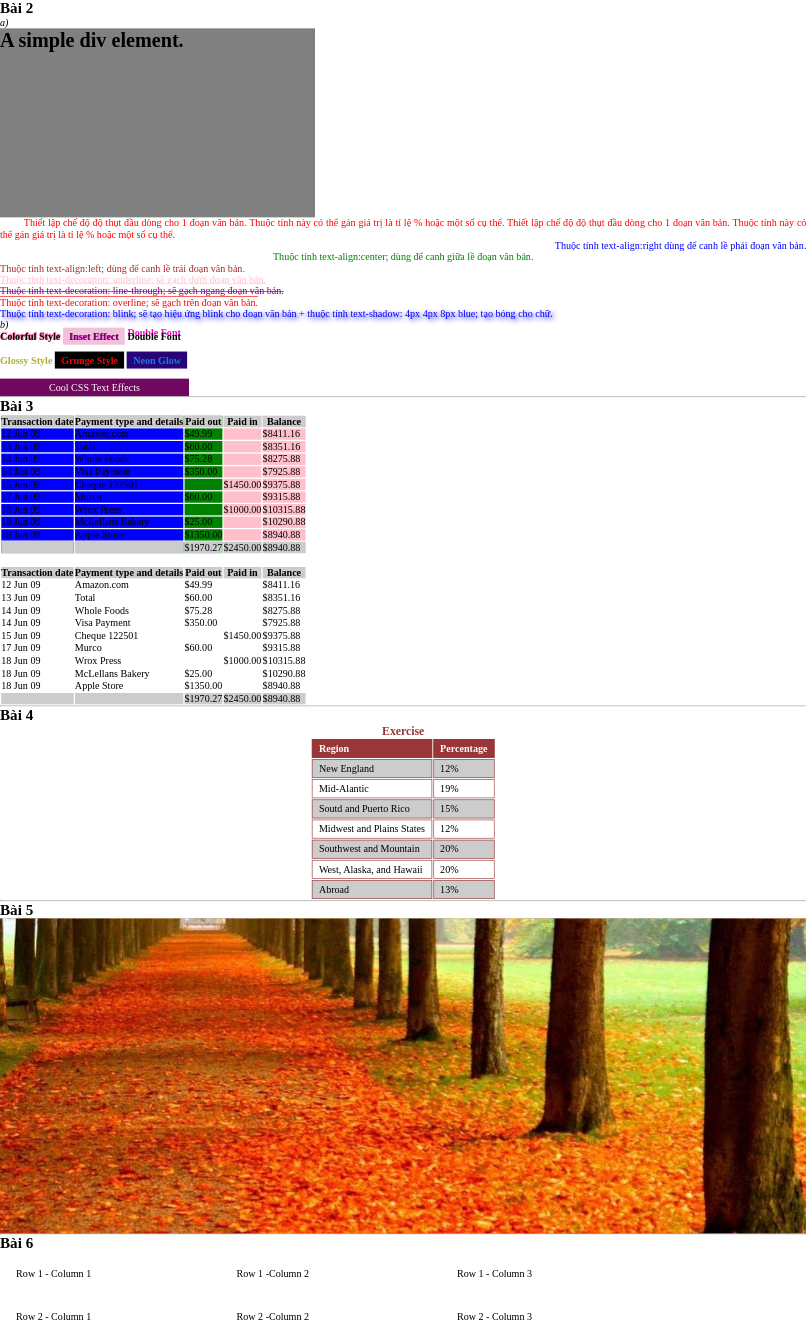
Repository: hoangnguyen1903/STT_21084321_NguyenHuyHoang_DHKHMT17B
Page: html/index.html
An editor plug-in stored every save of this project. The page is shown before and after the next save, followed by the edit.
The browser window is 1280 px wide. The pictures show the whole page, at 63% of full size.

Above is the page before, as saved 2023-03-03 14:10:22.

After the next save:
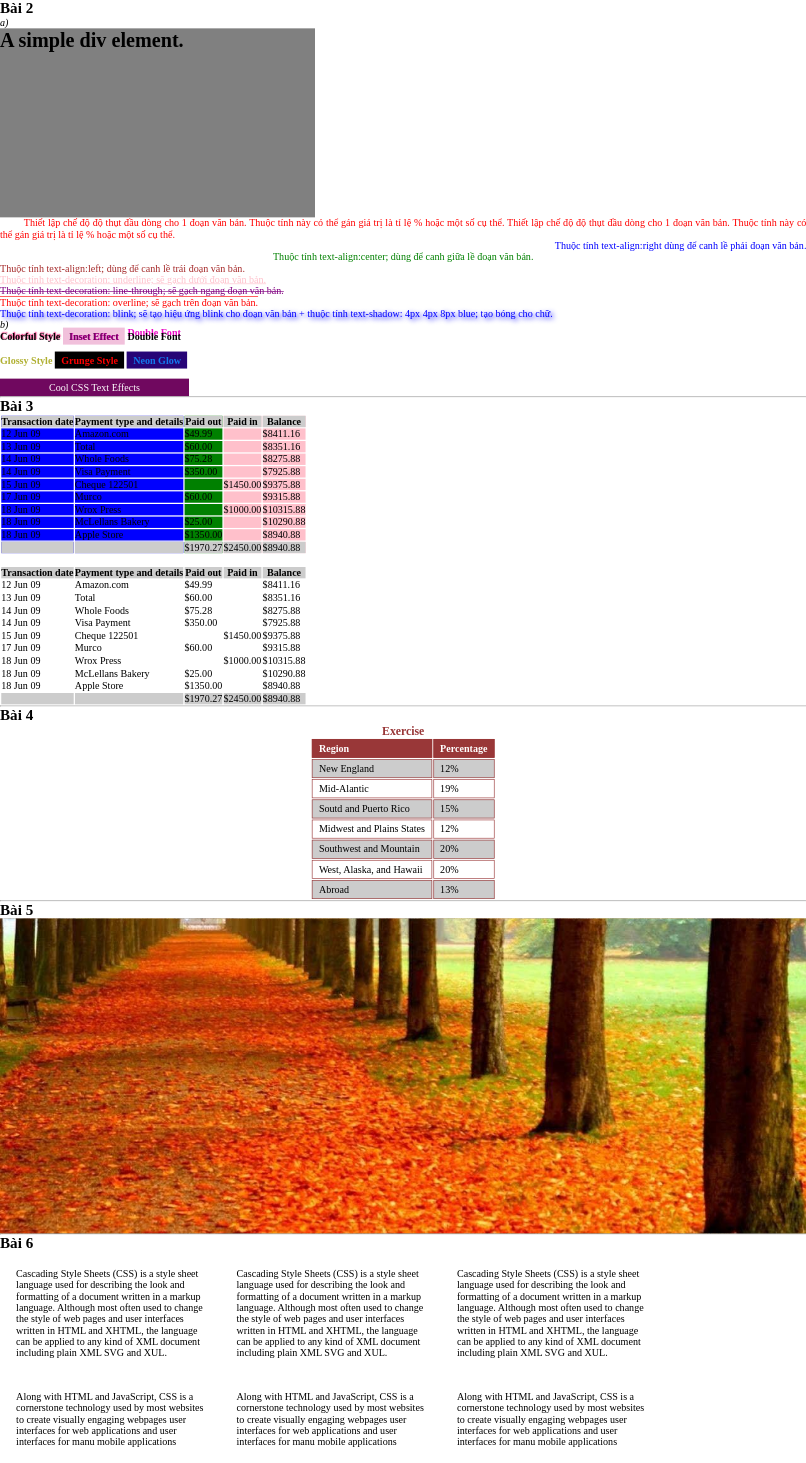
Saved 5 min 44 s later.
--- a/html/index.html
+++ b/html/index.html
@@ -410,24 +410,57 @@
     <div id="bai6">
       <div class="row">
         <div class="col1">
-          <p>Row 1 - Column 1</p>
+          <p>
+            Cascading Style Sheets (CSS) is a style sheet language used for
+            describing the look and formatting of a document written in a markup
+            language. Although most often used to change the style of web pages
+            and user interfaces written in HTML and XHTML, the language can be
+            applied to any kind of XML document including plain XML SVG and XUL.
+          </p>
         </div>
         <div class="col2">
-          <p>Row 1 -Column 2</p>
+          <p>
+            Cascading Style Sheets (CSS) is a style sheet language used for
+            describing the look and formatting of a document written in a markup
+            language. Although most often used to change the style of web pages
+            and user interfaces written in HTML and XHTML, the language can be
+            applied to any kind of XML document including plain XML SVG and XUL.
+          </p>
         </div>
         <div class="col3">
-          <p>Row 1 - Column 3</p>
+          <p>
+            Cascading Style Sheets (CSS) is a style sheet language used for
+            describing the look and formatting of a document written in a markup
+            language. Although most often used to change the style of web pages
+            and user interfaces written in HTML and XHTML, the language can be
+            applied to any kind of XML document including plain XML SVG and XUL.
+          </p>
         </div>
       </div>
       <div class="row">
         <div class="col1">
-          <p>Row 2 - Column 1</p>
+          <p>
+            Along with HTML and JavaScript, CSS is a cornerstone technology used
+            by most websites to create visually engaging webpages user
+            interfaces for web applications and user interfaces for manu mobile
+            applications
+          </p>
         </div>
         <div class="col2">
-          <p>Row 2 -Column 2</p>
+          <p>
+            Along with HTML and JavaScript, CSS is a cornerstone technology used
+            by most websites to create visually engaging webpages user
+            interfaces for web applications and user interfaces for manu mobile
+            applications
+          </p>
         </div>
         <div class="col3">
-          <p>Row 2 - Column 3</p>
+          <p>
+            Along with HTML and JavaScript, CSS is a cornerstone technology used
+            by most websites to create visually engaging webpages user
+            interfaces for web applications and user interfaces for manu mobile
+            applications
+          </p>
         </div>
       </div>
     </div>
